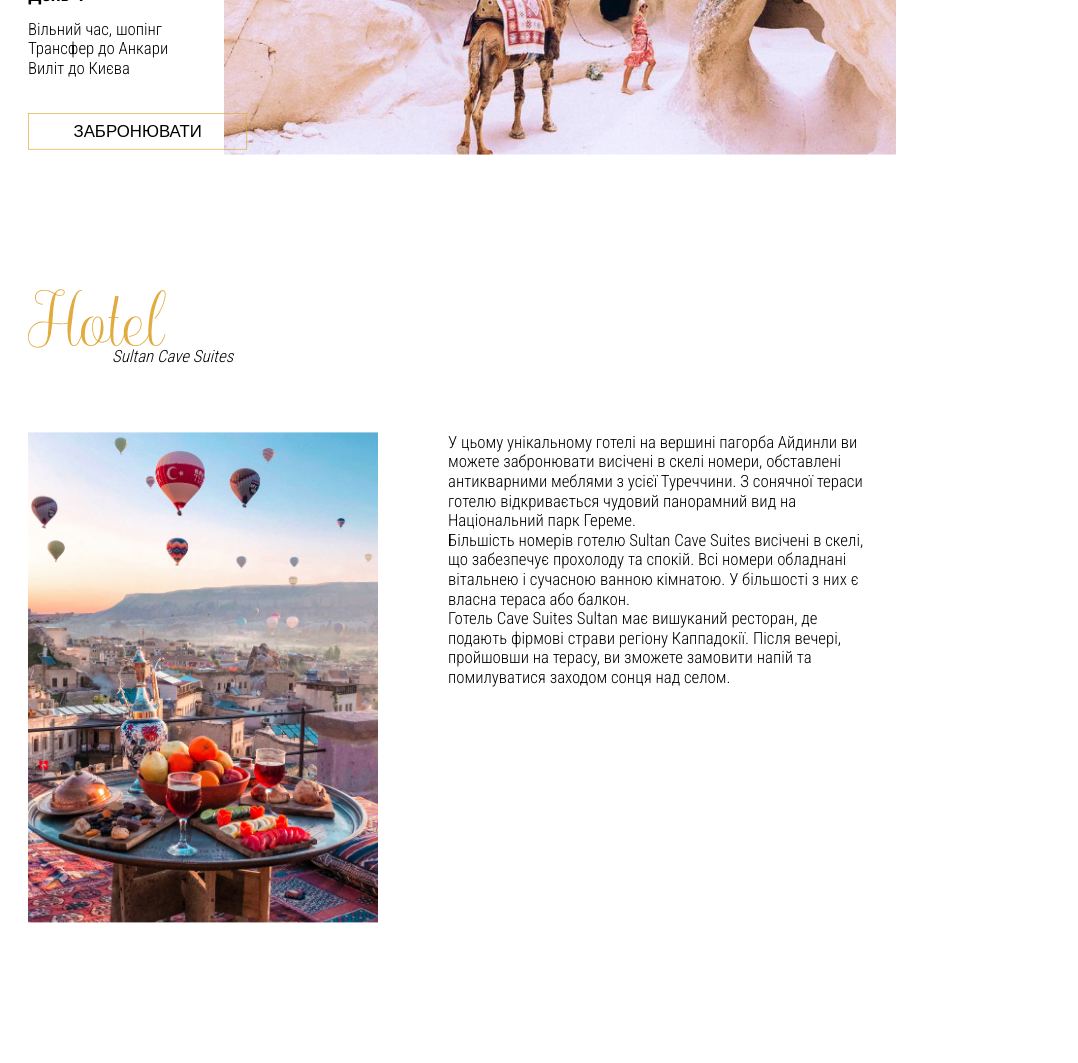
Repository: KYUUBI-K/cappadocia
Page: index.html
An editor plug-in stored every save of this project. The page is shown before and after the next save, followed by the edit.
The browser window is 1280 px wide. The page is 1540 px wide, so the pictures cover 1540 px, including what lies to the right of the window. The pictures show the part of the page from y = 2914 to 4514 px (the page is 4432 px tall before and 4514 px after), at 70% of full size.

Above is the page before, as saved 2025-08-21 18:30:40.

### index.html
<!DOCTYPE html>
<html lang="en">
  <head>
    <meta charset="UTF-8" />
    <meta name="viewport" content="width=device-width, initial-scale=1.0" />
    <title>Cappadocia</title>
    <link rel="stylesheet" href="./styles.css" />
  </head>
  <body>
    <header class="header">
      <div class="wrapper">
        <nav class="header-menu">
          <ul class="header-menu-list">
            <li class="header-menu-item">
              <a class="header-menu-link" href="#route">Маршрут</a>
            </li>
            <li class="header-menu-item">
              <a class="header-menu-link" href="#hotel">Готель</a>
            </li>
            <li class="header-menu-item">
              <a class="header-menu-link" href="#price">Вартість</a>
            </li>
          </ul>
          <div class="telephone">
            <svg
              class="phone-icon"
              width="30"
              height="30"
              viewBox="0 0 30 30"
              fill="none"
              xmlns="http://www.w3.org/2000/svg"
            >
              <g clip-path="url(#clip0_31_0)">
                <path
                  d="M23.7091 18.5839C23.0949 17.9444 22.3541 17.6025 21.569 17.6025C20.7902 17.6025 20.0431 17.9381 19.4036 18.5776L17.4027 20.5721C17.2381 20.4835 17.0735 20.4011 16.9152 20.3188C16.6873 20.2049 16.472 20.0972 16.2884 19.9832C14.4142 18.7929 12.7109 17.2416 11.0774 15.2345C10.2859 14.2341 9.75404 13.3919 9.36781 12.5372C9.88701 12.0623 10.3682 11.5684 10.8368 11.0935C11.0141 10.9162 11.1913 10.7326 11.3686 10.5553C12.6983 9.22568 12.6983 7.50346 11.3686 6.1738L9.64007 4.44525C9.44379 4.24896 9.24117 4.04635 9.05122 3.84373C8.67132 3.45117 8.27242 3.04594 7.86086 2.66604C7.24669 2.05819 6.51221 1.73528 5.73974 1.73528C4.96727 1.73528 4.22013 2.05819 3.58696 2.66604C3.58063 2.67237 3.58063 2.67237 3.5743 2.6787L1.42152 4.85047C0.61106 5.66093 0.148846 6.64868 0.0475384 7.79472C-0.104423 9.64358 0.440104 11.3658 0.857997 12.4928C1.88373 15.2598 3.41601 17.8241 5.70175 20.5721C8.47504 23.8836 11.8118 26.4986 15.6235 28.3411C17.0798 29.0313 19.0237 29.848 21.1954 29.9873C21.3284 29.9937 21.4677 30 21.5943 30C23.057 30 24.2853 29.4745 25.2477 28.4297C25.2541 28.4171 25.2667 28.4107 25.2731 28.3981C25.6023 27.9992 25.9822 27.6383 26.3811 27.252C26.6534 26.9924 26.932 26.7202 27.2042 26.4353C27.8311 25.7831 28.1603 25.0233 28.1603 24.2445C28.1603 23.4594 27.8247 22.7059 27.1852 22.0727L23.7091 18.5839ZM25.9759 25.2512C25.9695 25.2512 25.9695 25.2576 25.9759 25.2512C25.7289 25.5172 25.4757 25.7578 25.2034 26.0237C24.7918 26.4163 24.374 26.8278 23.9814 27.29C23.3419 27.9739 22.5884 28.2968 21.6007 28.2968C21.5057 28.2968 21.4044 28.2968 21.3094 28.2904C19.4289 28.1701 17.6813 27.4357 16.3707 26.8088C12.7869 25.0739 9.64007 22.6109 7.02508 19.4894C4.86597 16.887 3.42234 14.481 2.46625 11.8977C1.8774 10.3211 1.66212 9.09272 1.7571 7.93401C1.82042 7.19321 2.10534 6.57903 2.63087 6.0535L4.78999 3.89439C5.10024 3.60313 5.42949 3.44484 5.75241 3.44484C6.1513 3.44484 6.47422 3.68544 6.67683 3.88806C6.68317 3.89439 6.6895 3.90072 6.69583 3.90705C7.08206 4.26796 7.4493 4.64153 7.83554 5.04043C8.03182 5.24304 8.23443 5.44565 8.43705 5.6546L10.1656 7.38316C10.8368 8.05432 10.8368 8.67482 10.1656 9.34599C9.98198 9.5296 9.8047 9.71322 9.62108 9.89051C9.08921 10.435 8.58268 10.9416 8.03182 11.4354C8.01916 11.4481 8.00649 11.4544 8.00016 11.4671C7.45563 12.0116 7.55694 12.5435 7.67091 12.9044C7.67724 12.9234 7.68358 12.9424 7.68991 12.9614C8.13946 14.0504 8.77263 15.0762 9.73505 16.2982L9.74138 16.3045C11.4889 18.4573 13.3315 20.1352 15.3639 21.4205C15.6235 21.5852 15.8895 21.7181 16.1427 21.8448C16.3707 21.9587 16.586 22.0664 16.7696 22.1804C16.7949 22.193 16.8202 22.212 16.8456 22.2247C17.0608 22.3323 17.2634 22.383 17.4724 22.383C17.9979 22.383 18.3272 22.0537 18.4348 21.9461L20.6003 19.7806C20.8155 19.5654 21.1574 19.3058 21.5563 19.3058C21.9489 19.3058 22.2718 19.5527 22.4681 19.768C22.4744 19.7743 22.4744 19.7743 22.4808 19.7806L25.9695 23.2694C26.6217 23.9152 26.6217 24.5801 25.9759 25.2512Z"
                  fill="black"
                />
                <path
                  d="M16.2124 7.13621C17.8713 7.41481 19.3782 8.19994 20.5813 9.40296C21.7843 10.606 22.5631 12.1129 22.848 13.7718C22.9176 14.1897 23.2786 14.481 23.6901 14.481C23.7408 14.481 23.7851 14.4747 23.8357 14.4683C24.3043 14.3923 24.6145 13.9491 24.5386 13.4806C24.1966 11.4734 23.2469 9.64357 21.7969 8.19361C20.347 6.74365 18.5171 5.79389 16.51 5.45198C16.0414 5.376 15.6045 5.68625 15.5222 6.14847C15.4399 6.61068 15.7438 7.06023 16.2124 7.13621Z"
                  fill="black"
                />
                <path
                  d="M29.9654 13.2337C29.4019 9.92851 27.8443 6.92095 25.4509 4.52757C23.0575 2.13418 20.05 0.576584 16.7448 0.0130621C16.2826 -0.0692501 15.8457 0.247335 15.7634 0.70955C15.6874 1.1781 15.9977 1.61498 16.4662 1.6973C19.4168 2.1975 22.1078 3.59681 24.2479 5.73059C26.388 7.87071 27.781 10.5617 28.2812 13.5123C28.3508 13.9302 28.7117 14.2214 29.1233 14.2214C29.1739 14.2214 29.2183 14.2151 29.2689 14.2087C29.7311 14.1391 30.0477 13.6959 29.9654 13.2337Z"
                  fill="black"
                />
              </g>
              <defs>
                <clipPath id="clip0_31_0">
                  <rect width="30" height="30" fill="white" />
                </clipPath>
              </defs>
            </svg>
            <div class="number-text">+38(066)555-777-6</div>
          </div>
        </nav>
        <div class="main-title">
          <h1 class="main-title-text">Cappadocia</h1>
          <p class="main-subtitle-text">Ексклюзивний тур</p>
        </div>
      </div>
    </header>

    <section class="about">
      <div class="wrapper">
        <div class="about-title">
          <h2 class="section-title-text">Fairy tail</h2>
          <p class="about-subtitle-text">Казкова країна чудес</p>
        </div>
        <img
          src="./images/Rectangle-about.jpg"
          alt="Hot air balloon"
          class="about-img"
        />
        <div class="about-content">
          <aside class="about-text">
            <!-- prettier-ignore -->
            <p>
            Каппадокія – казкова країна повітряних куль, сирних будиночків,
            різнокольорових долин та чарівних світанків!
            Сюди приїжджають, щоб побачити природні чудеса політати на
            повітряній кулі і, звичайно ж,зробити мільйон красивих фотографій!
          </p>
            <!-- prettier-ignore -->
            <p>
            На учасників туру чекає професійна фотосесія від найкращих
            фотографів Каппадокії!
            Адже саме за чарівними світанками на тлі повітряних куль сюди
            приїжджають люди з усього світу!
          </p>

            <h3>Також Ви побачите:</h3>
            <ul class="about-list">
              <li>Музей на відкритому повітрі у Геремі</li>
              <li>Ущелина Іхлара та монастир Селіме</li>
              <li>Підземні міста</li>
              <li>Фортеця Учхісар</li>
              <li>Зельве та Пашабаг</li>
            </ul>
            <p>та багато інших визначних пам'яток.</p>
            <!-- prettier-ignore -->
            <p>
            Місцева кухня - один із приводів відвідати Каппадокію, тут є ресторани
            на будь-який бюджет.
          </p>
          </aside>
        </div>
      </div>
    </section>

    <section class="route" id="route">
      <div class="wrapper">
        <div class="route-title">
          <h2 class="section-title-text">Our trip</h2>
          <p class="route-subtitle-text">Маршрут</p>
        </div>
        <img
          src="./images/Rectangle-route.png"
          alt="Route map"
          class="route-img"
        />
        <div class="route-content">
          <aside class="route-text">
            <div class="day">
              <h3>День 1</h3>
              <ul>
                <li>Виліт з Києва</li>
                <li>Трансфер до Каппадокії</li>
                <li>Поселення в готель</li>
                <li>Вечірня фотосесія</li>
              </ul>
            </div>

            <div class="day">
              <h3>День 2</h3>
              <ul>
                <li>Фотосесія</li>
                <li>Сніданок у готелі</li>
                <li>Денний тур Каппадокією</li>
                <li>Захід сонця з панорамним видом</li>
              </ul>
            </div>

            <div class="day">
              <h3>День 3</h3>
              <ul>
                <li>Політ на повітряній кулі</li>
                <li>Сніданок у готелі</li>
                <li>Екскурсії на вибір</li>
              </ul>
            </div>

            <div class="day">
              <h3>День 4</h3>
              <ul>
                <li>Вільний час, шопінг</li>
                <li>Трансфер до Анкари</li>
                <li>Виліт до Києва</li>
              </ul>
            </div>
            <button type="button" class="reservation">Забронювати</button>
          </aside>
        </div>
      </div>
    </section>
    <section class="hotel" id="hotel">
      <div class="wrapper">
        <div class="hotel-title">
          <h2 class="section-title-text">Hotel</h2>
          <p class="hotel-subtitle-text">Sultan Cave Suites</p>
        </div>

        <div class="hotel-content">
          <img
            src="./images/Rectangle-hotel.jpg"
            alt="Hot air balloon"
            class="hotel-img"
          />
          <aside class="hotel-text">
            <p>
              У цьому унікальному готелі на вершині пагорба Айдинли ви можете
              забронювати висічені в скелі номери, обставлені антикварними
              меблями з усієї Туреччини. З сонячної тераси готелю відкривається
              чудовий панорамний вид на Національний парк Гереме.
            </p>
            <p>
              Більшість номерів готелю Sultan Cave Suites висічені в скелі, що
              забезпечує прохолоду та спокій. Всі номери обладнані вітальнею і
              сучасною ванною кімнатою. У більшості з них є власна тераса або
              балкон.
            </p>
            <p>
              Готель Cave Suites Sultan має вишуканий ресторан, де подають
              фірмові страви регіону Каппадокії. Після вечері, пройшовши на
              терасу, ви зможете замовити напій та помилуватися заходом сонця
              над селом.
            </p>
          </aside>
        </div>
      </div>
    </section>
  </body>
</html>

### styles.css
@font-face {
  font-family: "Roboto Condensed";
  src: url("./fonts/RobotoCondensed-Light.woff2") format("woff2");
  font-weight: 300;
  font-style: normal;
  font-display: swap;
}

@font-face {
  font-family: "Roboto Condensed";
  src: url("./fonts/RobotoCondensed-Regular.woff2") format("woff2");
  font-weight: 400;
  font-style: normal;
  font-display: swap;
}

@font-face {
  font-family: "Balqis";
  src: url("./fonts/Balqis.woff2") format("woff2");
  font-weight: 400;
  font-style: normal;
  font-display: swap;
}

html {
  box-sizing: border-box;
}
*,
*::before,
*::after {
  box-sizing: inherit;
  margin: 0;
  padding: 0;
}

:root {
  --color-dark: #000000;
  --color-light: #ffffff;
  --color-gray: #e5e5e5;
  --color-orange: #e2ab3f;

  --border: 1px solid var(--color-orange);

  --font-family-base: "Roboto Condensed", sans-serif;
  --font-family-accent: "Balqis", sans-serif;

  --input-height: 50px;
}

li {
  list-style: none;
}

body {
  /* word-wrap: break-word; */
  font-size: 18px;
  font-family: var(--font-family-base);
  background-color: var(--color-light);
  color: var(--color-dark);
}

.header {
  min-height: 100svh;
  background: url("./images/Rectangle.jpg") no-repeat center center;
  background-size: cover;
  background-position: center;
  margin-bottom: 200px;
}
.wrapper {
  margin: 0 auto;
  height: 100%;
  max-width: 1200px;
}

.header-menu {
  display: flex;
  justify-content: space-between;
  align-items: center;
  font-family: var(--font-family-base);
  font-size: 24px;
  font-weight: 400;
  padding-top: 72px;
}
.header-menu-list {
  display: flex;
  column-gap: 45px;
}
.header-menu-link {
  text-decoration: none;
  color: inherit;
}
.telephone {
  display: flex;
  align-items: center;
  column-gap: 10px;
}

.main-title {
  margin-top: 152px;
  text-align: center;
}

.main-title-text {
  font-family: var(--font-family-accent);
  font-size: 250px;
  font-weight: 400;
  line-height: 1;
}

.main-subtitle-text {
  font-family: var(--font-family-base);
  color: var(--color-dark);
  font-weight: 300;
  font-size: 56px;
  line-height: 0;
  font-style: italic;
  transform: translateX(25%);
}

.about {
  margin-bottom: 200px;
  position: relative;
}

.about-title {
  margin-bottom: 100px;
}

.section-title-text {
  font-family: var(--font-family-accent);
  font-weight: 400;
  line-height: 1;
  font-size: 96px;
  color: var(--color-orange);
}

.about-subtitle-text {
  font-family: var(--font-family-base);
  font-weight: 300;
  font-size: 24px;
  font-style: italic;
  line-height: 0;
  transform: translateX(15%);
}

.about-content {
  display: flex;
  justify-content: flex-end;
}

.about-img {
  position: absolute;
  left: 0;
  width: 960px;
  height: 700px;
  object-fit: cover;
  object-position: center;
}
.about-text p {
  font-family: var(--font-family-base);
  font-weight: 300;
  font-size: 18px;
  white-space: pre-line;
  padding-bottom: 50px;
}
.about-list {
  padding-bottom: 50px;
  font-family: var(--font-family-base);
  font-weight: 300;
}

.about-text h3 {
  padding-bottom: 50px;
}

.route {
  position: relative;
  margin-bottom: 200px;
}
.route-title {
  margin-bottom: 108px;
}

.route-subtitle-text {
  transform: translateX(20%);
  font-family: var(--font-family-base);
  font-weight: 300;
  font-size: 24px;
  font-style: italic;
  line-height: 0;
}
.route-content {
  position: relative;
  font-family: var(--font-family-base);
}
.day {
  max-width: 295px;
  margin-bottom: 50px;
}
.route-text {
  font-size: 24px;
  font-weight: 300;
  margin-bottom: 50px;
}
.day h3 {
  margin-bottom: 20px;
}

.reservation {
  border: var(--border);
  text-transform: uppercase;
  font-size: 24px;
  padding: 11px 64px;
  background: none;
}

.route-img {
  position: absolute;
  top: 0;
  right: 0;
  width: 960px;
  height: 1095px;
  object-fit: cover;
  object-position: center;
}

.hotel {
  margin-bottom: 200px;
  position: relative;
}
.hotel-title {
  margin-bottom: 108px;
}
.hotel-subtitle-text {
  transform: translateX(10%);
  font-family: var(--font-family-base);
  font-weight: 300;
  font-size: 24px;
  font-style: italic;
  line-height: 0;
}
.hotel-content {
  display: flex;
  justify-content: space-between;
  column-gap: 100px;
}

.hotel-text {
  font-family: var(--font-family-base);
  font-size: 24px;
  font-weight: 300;
  margin-bottom: 50px;
}
.hotel-img {
  width: 500px;
  height: 700px;
  object-fit: cover;
  object-position: center;
}
@media (max-width: 1040px) {
  .main-title-text {
    font-size: 150px;
  }
  .main-subtitle-text {
    font-size: 46px;
  }
}

@media (max-width: 830px) {
  .header-menu {
    padding-top: 40px;
  }

  .header-menu-list {
    column-gap: 35px;
  }
  .main-title-text {
    font-size: 150px;
  }
  .main-subtitle-text {
    font-size: 36px;
  }
}

@media (max-width: 630px) {
  .header-menu {
    font-size: 18px;
  }
  .header-menu-list {
    column-gap: 20px;
  }
  .telephone {
    column-gap: 5px;
  }
  .phone-icon {
    width: 18px;
    height: 18px;
  }
  .main-title-text {
    font-size: 100px;
  }
  .main-subtitle-text {
    font-size: 26px;
  }
}

@media (max-width: 450px) {
  .header-menu {
    font-size: 15px;
  }
  .header-menu-list {
    column-gap: 15px;
  }
  .telephone {
    column-gap: 3px;
  }
  .phone-icon {
    width: 15px;
    height: 15px;
  }
  .main-title-text {
    font-size: 50px;
  }
  .main-subtitle-text {
    font-size: 15px;
  }
}

After the next save:
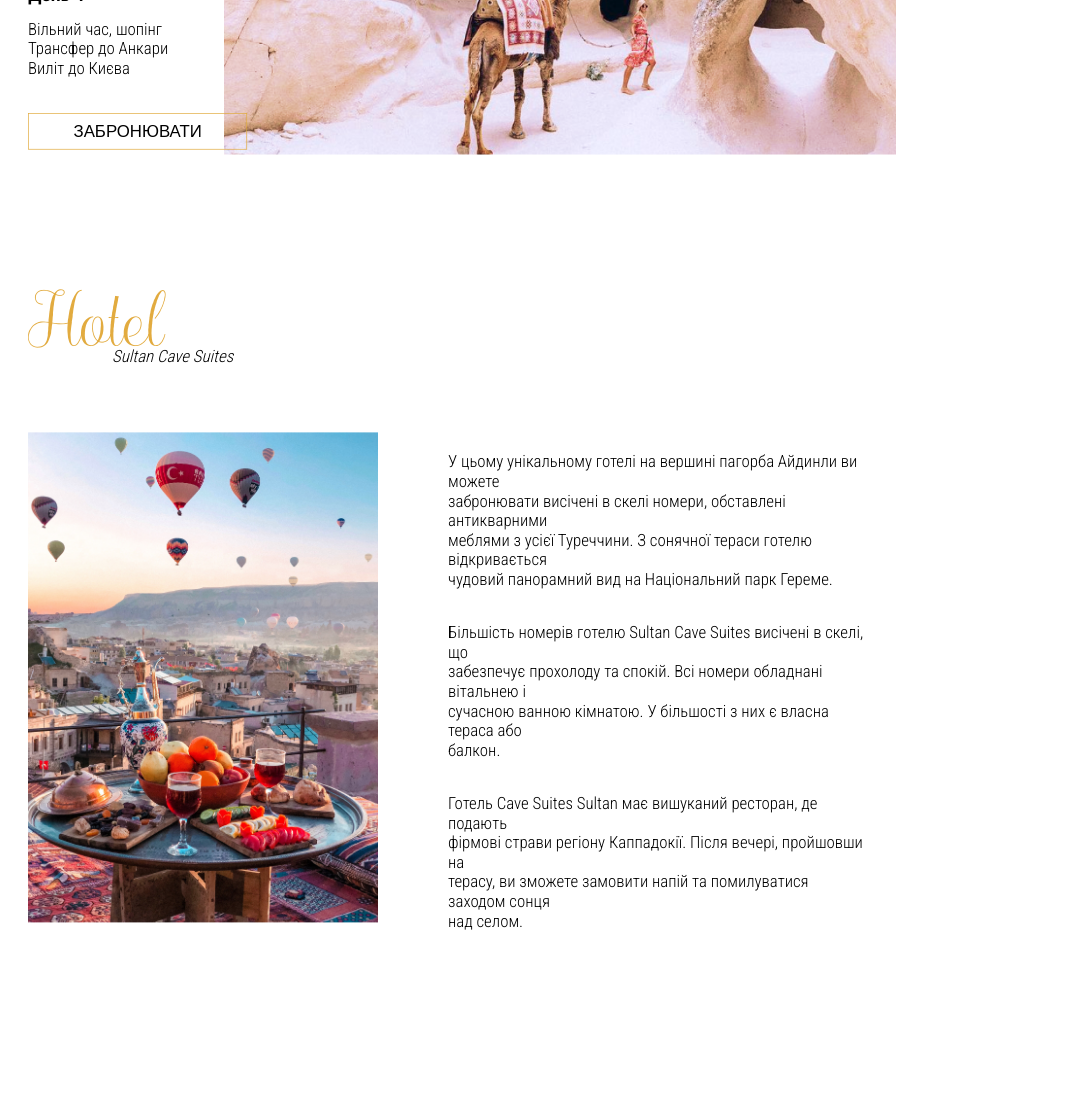
Saved 25 s later.
--- a/styles.css
+++ b/styles.css
@@ -251,6 +251,10 @@ body {
   font-weight: 300;
   margin-bottom: 50px;
 }
+.hotel-text p {
+  margin-bottom: 20px;
+  white-space: pre-line;
+}
 .hotel-img {
   width: 500px;
   height: 700px;
